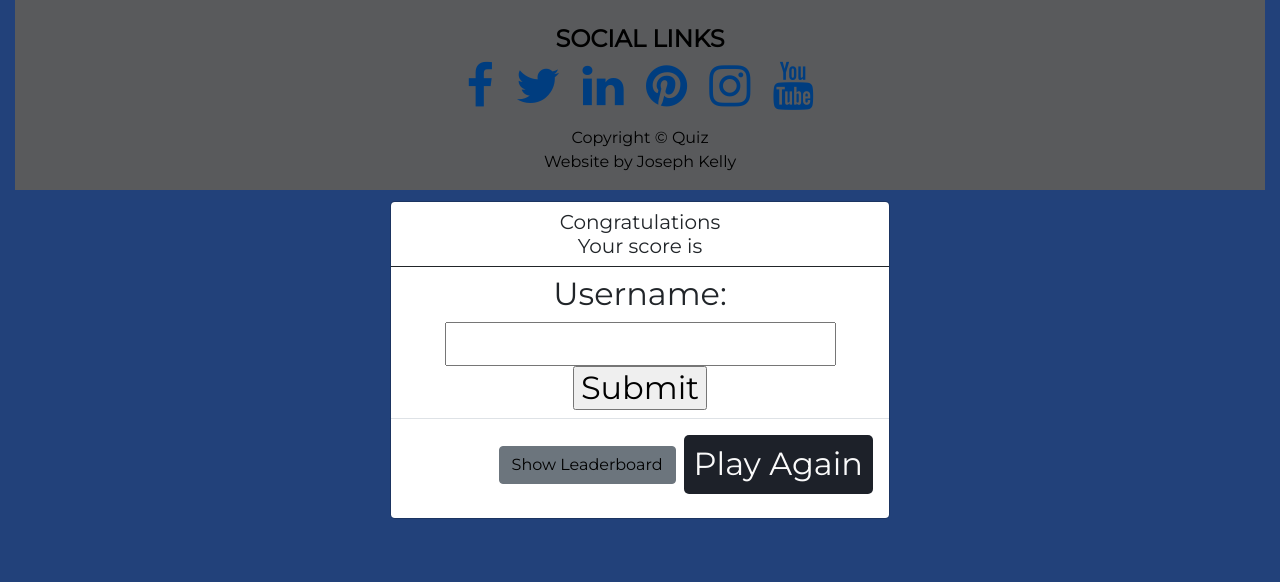
Repository: Code-Institute-Submissions/quiz-1
Page: leaderboard.html
The author's editor kept a record of every edit. The page is drawn from the files as they stood at one moment, then again after the next edit.
The browser window is 1280 px wide. The pictures show the window.
A layer covers the whole window, so only the first screen is drawn. An inner scrolling area shows only its first screen.

Above is the page before.
Console error: SyntaxError: Unexpected token ')'

### leaderboard.html
<!DOCTYPE html>
<html lang="en">

<head>
    <meta charset="UTF-8">
    <meta name="viewport" content="width=device-width, initial-scale=1.0">
    <meta http-equiv="X-UA-Compatible" content="ie=edge">
    <link rel="stylesheet" href="https://stackpath.bootstrapcdn.com/bootstrap/4.4.1/css/bootstrap.min.css" type="text/css" />
    <link rel="stylesheet" href="https://stackpath.bootstrapcdn.com/font-awesome/4.7.0/css/font-awesome.min.css" type="text/css" />
    <link href="https://fonts.googleapis.com/css2?family=Montserrat&display=swap" rel="stylesheet">
    <link rel="stylesheet" href="assets/css/style.css" type="text/css" />
    <script src="https://cdnjs.cloudflare.com/ajax/libs/jquery/3.5.0/jquery.min.js" integrity="sha256-xNzN2a4ltkB44Mc/Jz3pT4iU1cmeR0FkXs4pru/JxaQ=" crossorigin="anonymous"></script>
    <script type="text/javascript" src="assets/js/modal-score.js"></script>
    <script type="text/javascript" src="assets/js/leaderboard.js"></script>
    <title>Quiz</title>
</head>

<body onload="score();">
    <div class="container-fluid home">
        <div class="modal fade" id="exampleModalCenter" tabindex="-1" role="dialog" aria-labelledby="exampleModalCenterTitle" aria-hidden="true">
            <div class="modal-dialog modal-dialog-centered" role="document">
                <div class="modal-content">
                    <div class="modal-heading">
                        <h5>Congratulations<br>Your score is</h5>
                    </div>
                    <div>
                        <h2
                    </div>
                    <div class="modal-form">
                        <form>
                            <label for="username">Username:</label>
                            <input type="text" name="username" id="username"/><br>
                            <input type="submit" name="username" id="username" />
                        </form>
                    </div>
                    <div class="modal-footer">
                        <button type="button" class="btn btn-secondary" data-dismiss="modal">Show Leaderboard</button>
                        <a href="load.html" class="load-button">Play Again</a>
                    </div>
                </div>
            </div>
        </div>
        <div class="table">
            <caption><h1 class="leaderboard-title">Leaderboard</h1></caption>
            <table>
                <tr>
                    <th>Postion</th>
                    <th>User Name</th>
                    <th>Score</th>
                </tr>
                <tr>
                    <td>1st</td>
                    <td id="username-1"></td>
                    <td id="score-1"></td>
                </tr>
                <tr>
                    <td>2nd</td>
                    <td id="username-2"></td>
                    <td id="score-2"></td>
                </tr>
                <tr>
                    <td>3rd</td>
                    <td id="username-3"></td>
                    <td id="score-3"></td>
                </tr>
                <tr>
                    <td>4th</td>
                    <td id="username-4"></td>
                    <td id="score-4"></td>
                </tr>
                <tr>
                    <td>5th</td>
                    <td id="username-5"></td>
                    <td id="score-5"></td>
                </tr>
            </table>
        </div>
        <div class="score-message">

        </div>
        <div class="container-fluid load">
            <a href="load.html" class="load-button">Play Again</a>
        </div>
    </div>
    <footer class="container-fluid">
        <div id="footer-details" class="row">
            <div class="col-sm">
                <h4 class="uppercase footer-info">Social Links</h4>
                <ul class="list-inline social-links">
                    <li class="list-inline-item">
                        <a target="_blank" href="#">
                            <i class="fa fa-facebook fa-3x" aria-hidden="true"></i>
                            <span class="sr-only">Facebook</span>
                        </a>
                    </li>
                    <li class="list-inline-item">
                        <a target="_blank" href="#">
                            <i class="fa fa-twitter fa-3x" aria-hidden="true"></i>
                            <span class="sr-only">Twitter</span>
                        </a>
                    </li>
                    <li class="list-inline-item">
                        <a target="_blank" href="#">
                            <i class="fa fa-linkedin fa-3x" aria-hidden="true"></i>
                            <span class="sr-only">LinkedIn</span>
                        </a>
                    </li>
                    <li class="list-inline-item">
                        <a target="_blank" href="#">
                            <i class="fa fa-pinterest fa-3x" aria-hidden="true"></i>
                            <span class="sr-only">pinterest</span>
                        </a>
                    </li>
                    <li class="list-inline-item">
                        <a target="_blank" href="#">
                            <i class="fa fa-instagram fa-3x" aria-hidden="true"></i>
                            <span class="sr-only">Instagram</span>
                        </a>
                    </li>
                    <li class="list-inline-item">
                        <a target="_blank" href="#">
                            <i class="fa fa-youtube fa-3x" aria-hidden="true"></i>
                            <span class="sr-only">Youtube</span>
                        </a>
                    </li>
                </ul>
                <div class="copyright">
                    <p>Copyright &#169; Quiz<br>Website by Joseph Kelly</p>
                </div>
            </div>
        </div>
    </footer>
    <script src="https://code.jquery.com/jquery-3.3.1.slim.min.js" integrity="sha384-q8i/X+965DzO0rT7abK41JStQIAqVgRVzpbzo5smXKp4YfRvH+8abtTE1Pi6jizo" crossorigin="anonymous"></script>
    <script src="https://cdnjs.cloudflare.com/ajax/libs/popper.js/1.14.7/umd/popper.min.js" integrity="sha384-UO2eT0CpHqdSJQ6hJty5KVphtPhzWj9WO1clHTMGa3JDZwrnQq4sF86dIHNDz0W1" crossorigin="anonymous"></script>
    <script src="https://stackpath.bootstrapcdn.com/bootstrap/4.3.1/js/bootstrap.min.js" integrity="sha384-JjSmVgyd0p3pXB1rRibZUAYoIIy6OrQ6VrjIEaFf/nJGzIxFDsf4x0xIM+B07jRM" crossorigin="anonymous"></script>
</body>

</html>

### assets/css/style.css
body {
  font-family: 'Montserrat', sans-serif;
}



/*--------------------------- home --------------- */

.home {
  background-color: #4582F4;
  height: 765px;
}

.info {
  font-family: 'Montserrat', sans-serif;
  text-align: center;
  padding-top: 40px;
  width: 50%;
  margin: auto;
}

.load {
  display: flex;
  justify-content: center;
  align-items: center;
  padding-top: 40px;
  padding-bottom: 40px;
}

.load-button {
  background-color: #1D2129;
  webkit-appearance: button;
  -moz-appearance: button;
  appearance: button;

  text-decoration: none;
  color: #fafafa;
  padding: 10px;
  border-radius: 5px;
}

/*--------------------------- animation --------------- */

.quiz-time {
  text-align: center;
  padding-top: 100px;
  width: 100vw;
  font-family: 'Montserrat', sans-serif;
  display: flex;
  justify-content: center;
  align-items: center;
  margin: -20px;
}

h1 span {
  position: relative;
  top: 20px;
  display: inline-block;
  -webkit-animation: bounce 0.3s ease infinite alternate;
  font-size: 100px;
  color: #fff;
  text-shadow: 0 1px 0 #ccc, 0 2px 0 #ccc, 0 3px 0 #ccc, 0 4px 0 #ccc,
  0 5px 0 #ccc, 0 6px 0 transparent, 0 7px 0 transparent, 0 8px 0 transparent,
  0 9px 0 transparent, 0 10px 10px rgba(0, 0, 0, 0.4);
}

h1 span:nth-child(2) {
  -webkit-animation-delay: 0.1s;
}

h1 span:nth-child(3) {
  -webkit-animation-delay: 0.2s;
}

h1 span:nth-child(4) {
  -webkit-animation-delay: 0.3s;
}

h1 span:nth-child(5) {
  -webkit-animation-delay: 0.4s;
}

h1 span:nth-child(6) {
  -webkit-animation-delay: 0.5s;
}

h1 span:nth-child(7) {
  -webkit-animation-delay: 0.6s;
}

h1 span:nth-child(8) {
  -webkit-animation-delay: 0.2s;
}

h1 span:nth-child(9) {
  -webkit-animation-delay: 0.3s;
}

h1 span:nth-child(10) {
  -webkit-animation-delay: 0.4s;
}

h1 span:nth-child(11) {
  -webkit-animation-delay: 0.5s;
}

h1 span:nth-child(12) {
  -webkit-animation-delay: 0.6s;
}

h1 span:nth-child(13) {
  -webkit-animation-delay: 0.7s;
}

h1 span:nth-child(14) {
  -webkit-animation-delay: 0.8s;
}

/* ANIMATION */

@-webkit-keyframes bounce {
  100% {
    top: -20px;
    text-shadow: 0 1px 0 #ccc, 0 2px 0 #ccc, 0 3px 0 #ccc, 0 4px 0 #ccc,
    0 5px 0 #ccc, 0 6px 0 #ccc, 0 7px 0 #ccc, 0 8px 0 #ccc, 0 9px 0 #ccc,
    0 50px 25px rgba(0, 0, 0, 0.2);
  }
}

/*--------------------------- footer --------------- */

footer {
  color: #fafafa;
  padding-top: 25px;
  background-color: #B2B5B9;
  display: inline-block;
}

.footer-info {
  font-weight: bold;
  text-align: center;
  color: #000000;
}

.list-inline-item {
  margin-left: 10px;
  margin-right: 10px;
}

.uppercase {
  text-transform: uppercase;
}

.social-links {
  text-align: center;
  color: #000000;
}

.copyright {
  text-align: center;
  color: #000000;
}

/*--------------------------- Quiz Loading --------------- */

.select-amount {
  width: 30%;
  margin-top: 200px;
  margin-bottom: 20px;
  margin-right: 35%;
  margin-left: 35%;
}

.select-category {
  width: 30%;
  margin-top: 20px;
  margin-bottom: 20px;
  margin-right: 35%;
  margin-left: 35%;
}

.select-difficulty {
  width: 30%;
  margin-top: 20px;
  margin-bottom: 20px;
  margin-right: 35%;
  margin-left: 35%;
}

.select-type {
  width: 30%;
  margin-top: 20px;
  margin-bottom: 40px;
  margin-right: 35%;
  margin-left: 35%;
}

/*--------------------------- timer --------------- */

.countdown {
  margin: 0 auto;
  max-width: 350px;
  background: #ff0000;
  font-family: Impact, Charcoal, sans-serif;
  text-align: center;
}

.countdown .header {
  color: #c61d1d;
  text-align: center;
  font-weight: normal;
  margin: 5px 0 10px 0;
}

.countdown .square {
  display: inline-block;
  padding: 10px;
  margin: 5px;
}

.countdown .digits {
  font-size: 24px;
  background: #fff;
  color: #000;
  padding: 20px 10px;
  border-radius: 5px;
}

.countdown .text {
  margin-top: 10px;
  color: #ddd;
}

/*--------------------------- quiz page --------------- */

.btn {
  color: #000000;
}

.mute-button {
  margin-top: 20px;
  float: right;
}

.countdown-quiz {
  margin: 0 auto;
  max-width: 350px;
  background: #ff0000;
  font-family: Impact, Charcoal, sans-serif;
  text-align: center;
  clear: both;
}

.countdown-quiz .header {
  color: #c61d1d;
  text-align: center;
  font-weight: normal;
  margin: 5px 0 10px 0;
}

.countdown-quiz .square {
  display: inline-block;
  padding: 10px;
  margin: 5px;
}

.countdown-quiz .digits {
  font-size: 24px;
  background: #fff;
  color: #000;
  padding: 20px 10px;
  border-radius: 5px;
}

.countdown-quiz .text {
  margin-top: 10px;
  color: #ddd;
}

.carousel-item{
    height: 400px;
}

#question-1,
#question-2,
#question-3,
#question-4,
#question-5,
#question-6,
#question-7,
#question-8,
#question-9,
#question-10,
#question-11,
#question-12,
#question-13,
#question-14,
#question-15,
#question-16,
#question-17,
#question-18,
#question-19,
#question-20 {
  padding-top: 20px;
  text-align: center;
}

#answers-1,
#answers-2,
#answers-3,
#answers-4,
#answers-5,
#answers-6,
#answers-7,
#answers-8,
#answers-9,
#answers-10,
#answers-11,
#answers-12,
#answers-13,
#answers-14,
#answers-15,
#answers-16,
#answers-17,
#answers-18,
#answers-19,
#answers-20 {
  padding-top: 20px;
  text-align: center;
  margin: auto;
  width: 70%;
}



/*--------------------------- Leaderboard page --------------- */

.leaderboard-title {
  text-align: center;
  width: 30%;
  margin-left: auto;
  margin-right: auto;
  padding-top: 30px;
}

.modal-title {
  text-align: center;
}

table {
  margin-top: 40px;
  margin-left: auto;
  margin-right: auto;
}

table,
th,
td {
  border: solid 1px black;
  background-color: white;
  text-align: center;
  width: 30%;
}

.modal-heading {
  text-align: center;
  margin-top: 8px;
  border-bottom: solid 1px;
}

.modal-form {
  text-align: center;
  margin-top: 8px;
  margin-bottom: 8px;

}

#scorePercent {
  text-align: center;
  margin-top: 8px;
}

#footer-btns {
  text-align: center;
  margin-bottom: 10px;
}

### assets/js/modal-score.js
 $(window).on('load',function(){
        $('#exampleModalCenter').modal('show');
    });

    // displays modal on page load

### assets/js/leaderboard.js
function score() {
    var score = localStorage.getItem('score');
    var amount = sessionStorage.getItem('amount');

    console.log(score);
    console.log(amount);

    var scorePercent = (score/amount)*100;
    console.log(scorePercent);

    document.getElementById("scorePercent").innerHTML = scorePercent +"%";

    if (score < )
}

After the next edit:
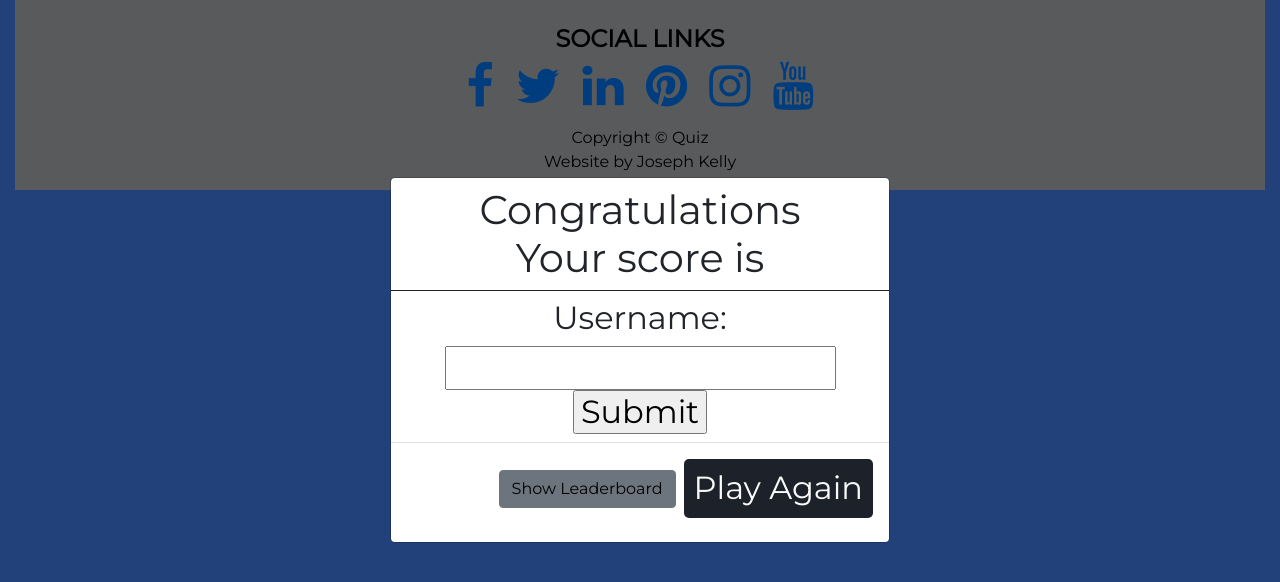
The edit:
--- a/leaderboard.html
+++ b/leaderboard.html
@@ -21,7 +21,7 @@
             <div class="modal-dialog modal-dialog-centered" role="document">
                 <div class="modal-content">
                     <div class="modal-heading">
-                        <h5>Congratulations<br>Your score is</h5>
+                        <h1>Congratulations<br>Your score is</h1>
                     </div>
                     <div>
                         <h2
